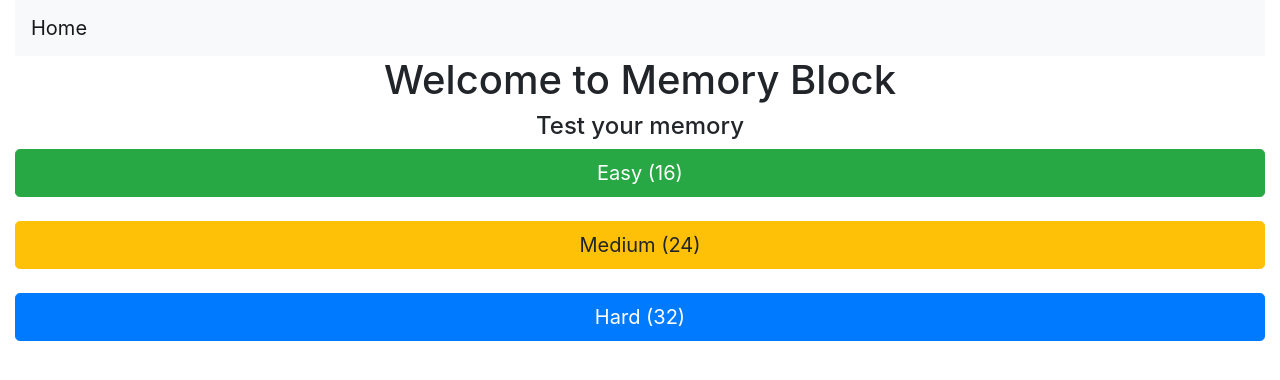
Repository: chrisrees85/memory-block
Page: index.html
The author's editor kept a record of every edit. The page is drawn from the files as they stood at one moment, then again after the next edit.
The browser window is 1280 px wide. The pictures show the whole page.

Above is the page before.
Console error: TypeError: Cannot set properties of null (setting 'innerHTML')

### index.html
<!DOCTYPE html>
<html lang="en">

<head>
    <meta charset="UTF-8">
    <meta name="viewport" content="width=device-width, initial-scale=1.0">
    <meta http-equiv="X-UA-Compatible" content="ie=edge">
    <title>Memory Block</title>
    <link rel="stylesheet" href="https://stackpath.bootstrapcdn.com/bootstrap/4.3.1/css/bootstrap.min.css" integrity="sha384-ggOyR0iXCbMQv3Xipma34MD+dH/1fQ784/j6cY/iJTQUOhcWr7x9JvoRxT2MZw1T" crossorigin="anonymous">
    <link rel="stylesheet" href="assets/css/style.css" type="text/css" />
</head>

<body>
    <div class="container-fluid">
        <nav class="navbar navbar-light bg-light">
            <a class="navbar-brand" href="index.html">Home</a>
        </nav>


        <div class="row">
            <div class="col">
                <h1 class="center">Welcome to Memory Block</h1>
            </div>
        </div>
        <div class="row">
            <div class="col">
                <h4 class="center">Test your memory</h4>
            </div>
        </div>

        <div class="row">
            <div class="col">
                <a href="easy.html" class="btn btn-success btn-lg btn-block center-btn" id="easy-btn">Easy (16)</a>
            </div>
        </div>
        </br>
        <div class="row">
            <div class="col">
                <a href="medium.html" class="btn btn-warning btn-lg btn-block center-btn" id="medium-btn">Medium (24)</a>
            </div>
        </div>
        </br>
        <div class="row">
            <div class="col">
                <a href="hard.html" class="btn btn-primary btn-lg btn-block center-btn" id="hard-btn">Hard (32)</a>
            </div>
        </div>
    </div>

    <script src="https://code.jquery.com/jquery-3.3.1.slim.min.js" integrity="sha384-q8i/X+965DzO0rT7abK41JStQIAqVgRVzpbzo5smXKp4YfRvH+8abtTE1Pi6jizo" crossorigin="anonymous"></script>
    <script src="https://cdnjs.cloudflare.com/ajax/libs/popper.js/1.14.7/umd/popper.min.js" integrity="sha384-UO2eT0CpHqdSJQ6hJty5KVphtPhzWj9WO1clHTMGa3JDZwrnQq4sF86dIHNDz0W1" crossorigin="anonymous"></script>
    <script src="https://stackpath.bootstrapcdn.com/bootstrap/4.3.1/js/bootstrap.min.js" integrity="sha384-JjSmVgyd0p3pXB1rRibZUAYoIIy6OrQ6VrjIEaFf/nJGzIxFDsf4x0xIM+B07jRM" crossorigin="anonymous"></script>
    <script type="text/javascript" src="assets/js/scripts.js"></script>
</body>

</html>

### assets/css/style.css
*{
  padding: 0;
  margin: 0;
  box-sizing: border-box;
}

.center{
    text-align: center;
}

.board{
  width:80vw;
  margin: auto;
}

.tiles{
  background-color: lightblue;
  height:80px;
  border:2px solid black;
  border-radius: 5px;
  margin:1px;
}

.btn-right{
  float:right;
}

#btn,
#play-btn{
  width:26vw;
}

### assets/js/scripts.js
let tiles = Array.from(document.querySelectorAll('.tiles'));
let buttonDiv = document.getElementById('btn');
let tilesLength = tiles.length;
let score = 0;

// First function of the play button

function startButton() {
    buttonDiv.innerHTML = '<button type="button" class="btn btn-primary btn-lg" id="play-btn" onclick="onClick();">Start</button>';
}
startButton();

// Function performs when first button function is pressed

function onClick() {
    // Renders the button inactive so the user can't keep calling onClick function
    buttonDiv.innerHTML = '<button type="button" class="btn btn-primary btn-lg" id="play-btn">Timer Started</button>';

    // Countdown timer shown in the button text
    // Once time is up the buttons function changes to check users attempt
    let timeleft = 5;
    let countdownTimer = setInterval(function() {
        buttonDiv.innerHTML = '<button type="button" class="btn btn-primary btn-lg" id="play-btn"></button>';
        document.getElementById('play-btn').textContent = timeleft;
        timeleft -= 1;
        if (timeleft < 0) {
            clearInterval(countdownTimer);
            buttonDiv.innerHTML = '<button type="button" class="btn btn-primary btn-lg" id="play-btn" onclick="checkAttempt();" data-toggle="modal" data-target="#exampleModal">Check</button>';
        }
    }, 1000);

    // Shuffles the tiles array into a random order
    let i = tilesLength,
        rand, temp;
    while (--i > 0) {
        rand = Math.floor(Math.random() * (i + 1));
        temp = tiles[rand];
        tiles[rand] = tiles[i];
        tiles[i] = temp;
    }

    // Selects half of the shuffled array and adds the color class
    let bottomHalfTiles = tiles.slice(tilesLength / 2, tilesLength);
    bottomHalfTiles.forEach(function(i) {
        i.classList += (' green');
    });

    // Replaces the color class with an unused class after 6 seconds
    function clearBoard() {
        bottomHalfTiles.map(function(i) {
            i.classList.replace('green', 'in-play');
        });
    }
    setTimeout(clearBoard, 6000);
    console.log(tiles);

    // Activates the users ability to click and change the block color 6 seconds after the start button is pressed
    function allowUserClick() {
        tiles.forEach(function(i) {
            i.addEventListener('click', tileClicked);
        });

        function tileClicked() {
            this.classList.toggle('green');
        }
    }
    setTimeout(allowUserClick, 6000);
}


// Function checks the users answers on clicking the check button and displays a modal
function checkAttempt() {
    let modalBtn = document.getElementById('modal-btn');

    // Loops through the tiles array and increments 1 to the score if a condition is true
    function checkClasses() {
        tiles.forEach(function(it) {
            if ((it.classList.contains('in-play')) && (it.classList.contains('green'))) {
                score++;
            }
            else if ((it.classList.contains('tiles')) && (it.classList.contains('green')) && !(it.classList.contains('in-play'))) {
                score = tilesLength;
            }
        });
    }
    checkClasses();

    // Modal either gives a yes or no answer as to whether the user has succeeded
    if (score == tilesLength / 2) {
        document.getElementById('modal-head').textContent = ('CONGRATULATIONS');
        document.getElementById('modal-text').textContent = ('Your memory served you well');
        modalBtn.innerHTML = '<button type="button" class="btn btn-secondary" onclick="location.reload();">Play Again</button>';
    }else {
        document.getElementById('modal-head').textContent = ('OOPS, SORRY');
        document.getElementById('modal-text').textContent = ('Would you like to try again or Start New Game');
        modalBtn.innerHTML = '<button type="button" class="btn btn-secondary" data-dismiss="modal" onclick="reveal();">Reveal</button>';
    }
    // resets the score to 0 to keep the users attempt accurate
    score = 0;
}

function reveal(){
    revealStageTwo
    tiles.forEach(function(it){
        it.classList.remove('green');
    });
}

After the next edit:
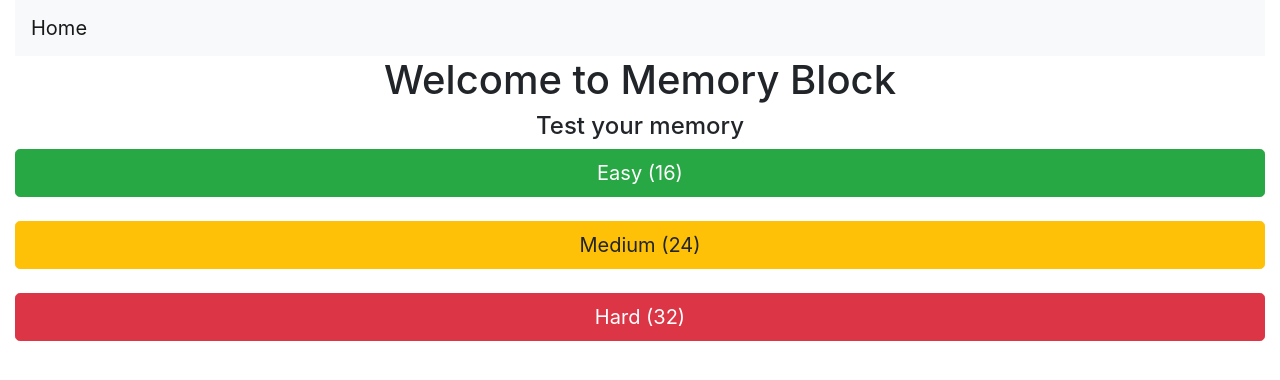
The edit:
--- a/index.html
+++ b/index.html
@@ -42,7 +42,7 @@
         </br>
         <div class="row">
             <div class="col">
-                <a href="hard.html" class="btn btn-primary btn-lg btn-block center-btn" id="hard-btn">Hard (32)</a>
+                <a href="hard.html" class="btn btn-danger btn-lg btn-block center-btn" id="hard-btn">Hard (32)</a>
             </div>
         </div>
     </div>
